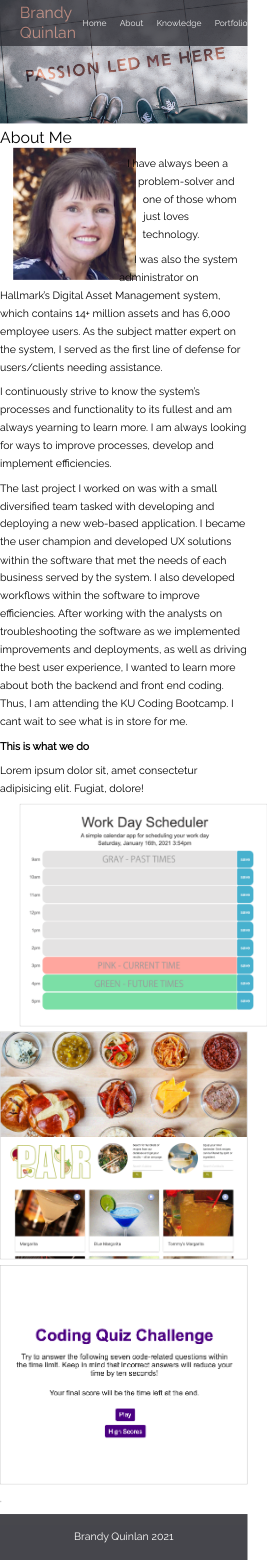
Repository: brandyquinlan/brandyquinlan
Page: index.html
These files come from the project's save history. The page is drawn as it stood at one moment and after the next save; the edit follows.
The browser window is 375 px wide. The page is 405 px wide, then 375 px, so the pictures cover 405 px, including what lies to the right of the window. The pictures show the whole page, at 66% of full size.
Some web libraries are served in a nearby version.

Above is the page before, as saved 2021-02-05 21:13:41.

After the next save:
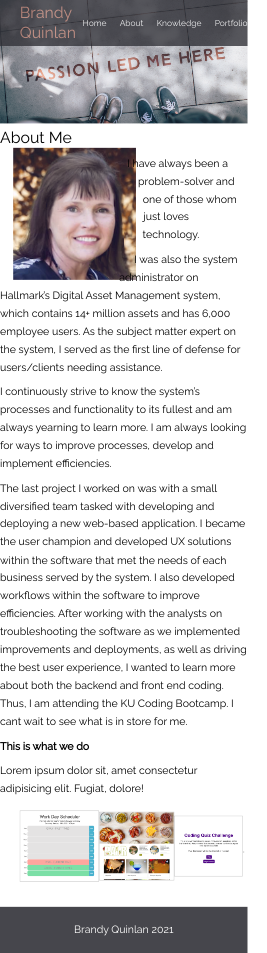
Saved 36 s later.
--- a/css/style.css
+++ b/css/style.css
@@ -290,7 +290,7 @@
             }
             .projectsGallery {
                 /* padding: 10px 5px 20px 30px; */
-                display: inline;
+                /* display: inline; */
                 /* flex-direction: column; */
                 /* justify-content: space-around; */
                 /* align-items: center; */
